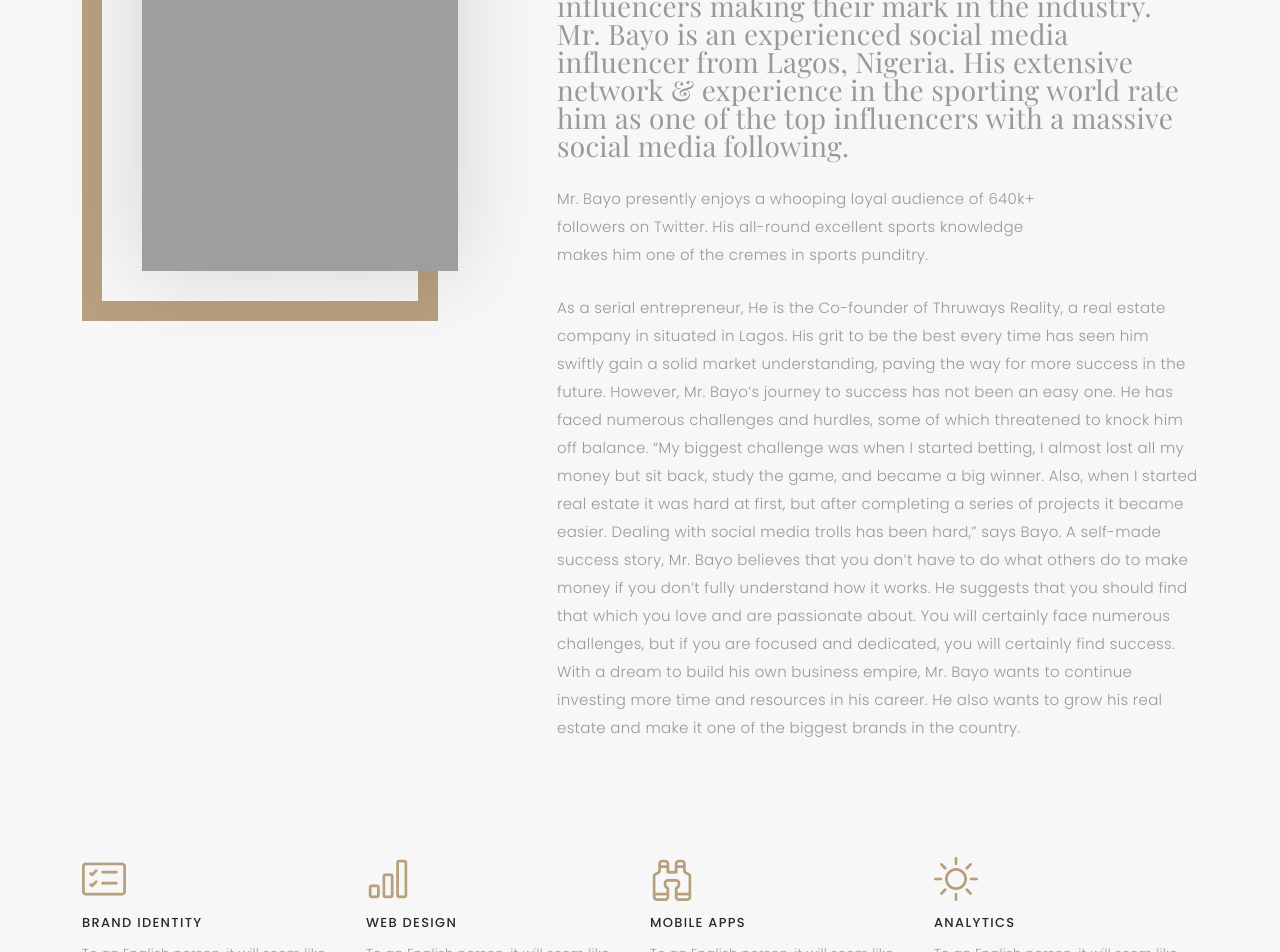
Repository: muhammedctgr/MrBayoA1
Page: index.html
The author's editor kept a copy of each file at every save. The page is drawn from the files as they stood at one save, then again after the next save.
The browser window is 1280 px wide. The pictures show the part of the page from y = 929 to 1881 px (the page is 4414 px tall).
Pictures or frames that could not be fetched are drawn as grey boxes. Some web fonts or font styles are not loaded; a fallback is used.

Above is the page before, as saved 2022-10-17 23:01:42.

### index.html
<!DOCTYPE html>
<html lang="en">

<head>
  <meta charset="utf-8">
  <meta content="width=device-width, initial-scale=1.0" name="viewport">

  <title>Mr Bayo A1</title>
  <meta content="" name="description">
  <meta content="" name="keywords">

  <link rel="apple-touch-icon" sizes="180x180" href="/apple-touch-icon.png">
  <link rel="icon" type="image/png" sizes="32x32" href="/favicon-32x32.png">
  <link rel="icon" type="image/png" sizes="16x16" href="/favicon-16x16.png">
  <link rel="manifest" href="/site.webmanifest">

  <link rel="preconnect" href="https://fonts.googleapis.com">
  <link rel="preconnect" href="https://fonts.gstatic.com" crossorigin>
  <link href="https://fonts.googleapis.com/css2?family=Racing+Sans+One&display=swap" rel="stylesheet">

  <!-- Favicons -->
  <link href="assets/img/favicon.png" rel="icon">
  <link href="assets/img/apple-touch-icon.png" rel="apple-touch-icon">

  <!-- Google Fonts -->
  <link href="https://fonts.googleapis.com/css?family=Poppins:300,300i,400,400i,500,500i,600,600i,700,700i|Playfair+Display:400,400i,500,500i,600,600i,700,700i,900,900i" rel="stylesheet">

  <!-- Vendor CSS Files -->
  <link href="assets/vendor/bootstrap/css/bootstrap.min.css" rel="stylesheet">
  <link href="assets/vendor/bootstrap-icons/bootstrap-icons.css" rel="stylesheet">
  <link href="assets/vendor/boxicons/css/boxicons.min.css" rel="stylesheet">
  <link href="assets/vendor/glightbox/css/glightbox.min.css" rel="stylesheet">
  <link href="assets/vendor/swiper/swiper-bundle.min.css" rel="stylesheet">

  <!-- Template Main CSS File -->
  <link href="assets/css/style.css" rel="stylesheet">

</head>

<body>

  <!-- ======= Header ======= -->
  <header id="header" class="fixed-top ">
    <div class="container d-flex align-items-center justify-content-between">

      <!--<a href="index.html" class="logo"><img src="assets/img/logo.png" alt="" class="img-fluid"></a>-->
      <!-- Uncomment below if you prefer to use an text logo -->
      <h1 class="" style="font-family: 'Racing Sans One', cursive; background-color: #b8a07e; opacity: 0.7;"><a href="index.html">Mr Bayo</a></h1>

      <nav id="navbar" class="navbar">
        <ul>
          <li><a class="nav-link scrollto active" href="#hero">Home</a></li>
          <li><a class="nav-link scrollto" href="#about">About</a></li>
          <!--<li><a class="nav-link  scrollto" href="#portfolio">Portfolio</a></li>-->
          <li><a class="nav-link  scrollto" href="#journal">Blog</a></li>
          <!--<li class="dropdown"><a href="#"><span>Drop Down</span> <i class="bi bi-chevron-down"></i></a>
            <ul>
              <li><a href="#">Drop Down 1</a></li>
              <li class="dropdown"><a href="#"><span>Deep Drop Down</span> <i class="bi bi-chevron-right"></i></a>
                <ul>
                  <li><a href="#">Deep Drop Down 1</a></li>
                  <li><a href="#">Deep Drop Down 2</a></li>
                  <li><a href="#">Deep Drop Down 3</a></li>
                  <li><a href="#">Deep Drop Down 4</a></li>
                  <li><a href="#">Deep Drop Down 5</a></li>
                </ul>
              </li>
              <li><a href="#">Drop Down 2</a></li>
              <li><a href="#">Drop Down 3</a></li>
              <li><a href="#">Drop Down 4</a></li>
            </ul>
          </li>-->
          <li><a class="nav-link scrollto" href="#contact">Contact</a></li>
        </ul>
        <i class="bi bi-list mobile-nav-toggle"></i>
      </nav><!-- .navbar -->

    </div>
  </header><!-- End Header -->

  <!-- ======= Hero Section ======= -->
  <div id="hero" class="home">

    <div class="container">
      <div class="hero-content">
        <h1><span class="typed" data-typed-items="Akinde Gbenga Bayo, Entrepreneur, Social Media Influencer, Serial Winner."></span></h1>
      </div>
    </div>
  </div><!-- End Hero -->

  <main id="main">

    <!-- ======= About Section ======= -->
    <div id="about" class="paddsection">
      <div class="container">
        <div class="row justify-content-between">

          <div class="col-lg-4 ">
            <div class="div-img-bg">
              <div class="about-img">
                <img src="https://i.postimg.cc/W4LmL6sG/2-1.jpg" class="img-responsive" alt="me">
              </div>
            </div>
          </div>

          <div class="col-lg-7">
            <div class="about-descr">

              <p class="p-heading">Akinde Gbenga Bayo, notably known as Mr. Bayo, is one of the successful entrepreneurs and influencers making their mark in the industry.
               Mr. Bayo is an experienced social media influencer from Lagos, Nigeria. His extensive network & experience in the sporting world rate him as one of the top
               influencers with a massive social media following.
              </p>
              <p class="separator">Mr. Bayo presently enjoys a whooping loyal audience of 640k+ followers on Twitter.
                His all-round excellent sports knowledge makes him one of the cremes in sports punditry.
              </p>
              <p>
                As a serial entrepreneur, He is the Co-founder of Thruways Reality, a real estate company in situated in Lagos. His grit to be the best every time has seen
                him swiftly gain a solid market understanding, paving the way for more success in the future.
                However, Mr. Bayo’s journey to success has not been an easy one. He has faced numerous challenges and hurdles, some of which threatened to knock him off balance.
                “My biggest challenge was when I started betting, I almost lost all my money but sit back, study the game, and became a big winner. Also, when I started real estate
                it was hard at first, but after completing a series of projects it became easier. Dealing with social media trolls has been hard,” says Bayo.
                A self-made success story, Mr. Bayo believes that you don’t have to do what others do to make money if you don’t fully understand how it works.
                He suggests that you should find that which you love and are passionate about. You will certainly face numerous challenges, but if you are focused and dedicated, you will certainly find success.
                With a dream to build his own business empire, Mr. Bayo wants to continue investing more time and resources in his career. He also wants to grow his real estate and make it one of the biggest brands in the country.
              </p>

            </div>

          </div>
        </div>
      </div>
    </div><!-- End About Section -->

    <!-- ======= Services Section ======= -->
    <div id="services">
      <div class="container">

        <div class="services-slider swiper" data-aos="fade-up" data-aos-delay="100">
          <div class="swiper-wrapper">

            <div class="swiper-slide">
              <div class="services-block">
                <i class="bi bi-briefcase"></i>
                <span>UI/UX DESIGN</span>
                <p class="separator">To an English person, it will seem like simplified English,told me what </p>
              </div>
            </div><!-- End testimonial item -->

            <div class="swiper-slide">
              <div class="services-block">
                <i class="bi bi-card-checklist"></i>
                <span>BRAND IDENTITY</span>
                <p class="separator">To an English person, it will seem like simplified English,told me what </p>
              </div>
            </div><!-- End testimonial item -->

            <div class="swiper-slide">
              <div class="services-block">
                <i class="bi bi-bar-chart"></i>
                <span>WEB DESIGN</span>
                <p class="separator">To an English person, it will seem like simplified English,told me what </p>
              </div>
            </div><!-- End testimonial item -->

            <div class="swiper-slide">
              <div class="services-block">
                <i class="bi bi-binoculars"></i>
                <span>MOBILE APPS</span>
                <p class="separator">To an English person, it will seem like simplified English,told me what </p>
              </div>
            </div><!-- End testimonial item -->

            <div class="swiper-slide">
              <div class="services-block">
                <i class="bi bi-brightness-high"></i>
                <span>Analytics</span>
                <p class="separator">To an English person, it will seem like simplified English,told me what </p>
              </div>
            </div><!-- End testimonial item -->

            <div class="swiper-slide">
              <div class="services-block">
                <i class="bi bi-calendar4-week"></i>
                <span>PHOTOGRAPHY</span>
                <p class="separator">To an English person, it will seem like simplified English,told me what </p>
              </div>
            </div><!-- End testimonial item -->

          </div>
          <div class="swiper-pagination"></div>
        </div>

      </div>

    </div><!-- End Services Section -->

    <!-- ======= Portfolio Section ======= -->
    <div id="portfolio" class="paddsection">

      <div class="container">
        <div class="section-title text-center">
          <h2>My Portfolio</h2>
        </div>
      </div>

      <div class="container">

        <div class="row">
          <div class="col-lg-12 d-flex justify-content-center">
            <ul id="portfolio-flters">
              <li data-filter="*" class="filter-active">All</li>
              <li data-filter=".filter-app">App</li>
              <li data-filter=".filter-card">Card</li>
              <li data-filter=".filter-web">Web</li>
            </ul>
          </div>
        </div>

        <div class="row portfolio-container">

          <div class="col-lg-4 col-md-6 portfolio-item filter-app">
            <img src="assets/img/portfolio/portfolio-1.jpg" class="img-fluid" alt="">
            <div class="portfolio-info">
              <h4>App 1</h4>
              <p>App</p>
              <a href="assets/img/portfolio/portfolio-1.jpg" data-gallery="portfolioGallery" class="portfolio-lightbox preview-link" title="App 1"><i class="bx bx-plus"></i></a>
              <a href="portfolio-details.html" class="details-link" title="More Details"><i class="bx bx-link"></i></a>
            </div>
          </div>

          <div class="col-lg-4 col-md-6 portfolio-item filter-web">
            <img src="assets/img/portfolio/portfolio-2.jpg" class="img-fluid" alt="">
            <div class="portfolio-info">
              <h4>Web 3</h4>
              <p>Web</p>
              <a href="assets/img/portfolio/portfolio-2.jpg" data-gallery="portfolioGallery" class="portfolio-lightbox preview-link" title="Web 3"><i class="bx bx-plus"></i></a>
              <a href="portfolio-details.html" class="details-link" title="More Details"><i class="bx bx-link"></i></a>
            </div>
          </div>

          <div class="col-lg-4 col-md-6 portfolio-item filter-app">
            <img src="assets/img/portfolio/portfolio-3.jpg" class="img-fluid" alt="">
            <div class="portfolio-info">
              <h4>App 2</h4>
              <p>App</p>
              <a href="assets/img/portfolio/portfolio-3.jpg" data-gallery="portfolioGallery" class="portfolio-lightbox preview-link" title="App 2"><i class="bx bx-plus"></i></a>
              <a href="portfolio-details.html" class="details-link" title="More Details"><i class="bx bx-link"></i></a>
            </div>
          </div>

          <div class="col-lg-4 col-md-6 portfolio-item filter-card">
            <img src="assets/img/portfolio/portfolio-4.jpg" class="img-fluid" alt="">
            <div class="portfolio-info">
              <h4>Card 2</h4>
              <p>Card</p>
              <a href="assets/img/portfolio/portfolio-4.jpg" data-gallery="portfolioGallery" class="portfolio-lightbox preview-link" title="Card 2"><i class="bx bx-plus"></i></a>
              <a href="portfolio-details.html" class="details-link" title="More Details"><i class="bx bx-link"></i></a>
            </div>
          </div>

          <div class="col-lg-4 col-md-6 portfolio-item filter-web">
            <img src="assets/img/portfolio/portfolio-5.jpg" class="img-fluid" alt="">
            <div class="portfolio-info">
              <h4>Web 2</h4>
              <p>Web</p>
              <a href="assets/img/portfolio/portfolio-5.jpg" data-gallery="portfolioGallery" class="portfolio-lightbox preview-link" title="Web 2"><i class="bx bx-plus"></i></a>
              <a href="portfolio-details.html" class="details-link" title="More Details"><i class="bx bx-link"></i></a>
            </div>
          </div>

          <div class="col-lg-4 col-md-6 portfolio-item filter-app">
            <img src="assets/img/portfolio/portfolio-6.jpg" class="img-fluid" alt="">
            <div class="portfolio-info">
              <h4>App 3</h4>
              <p>App</p>
              <a href="assets/img/portfolio/portfolio-6.jpg" data-gallery="portfolioGallery" class="portfolio-lightbox preview-link" title="App 3"><i class="bx bx-plus"></i></a>
              <a href="portfolio-details.html" class="details-link" title="More Details"><i class="bx bx-link"></i></a>
            </div>
          </div>

        </div>

      </div>

    </div><!-- End Portfolio Section -->

    <!-- ======= Journal Section ======= -->
    <div id="journal" class="text-left paddsection">

      <div class="container">
        <div class="section-title text-center">
          <h2>journal</h2>
        </div>
      </div>

      <div class="container">
        <div class="journal-block">
          <div class="row">

            <div class="col-lg-4 col-md-6">
              <div class="journal-info">

                <a href="blog-single.html"><img src="assets/img/blog-post-1.jpg" class="img-responsive" alt="img"></a>

                <div class="journal-txt">

                  <h4><a href="blog-single.html">SO LETS MAKE THE MOST IS BEAUTIFUL</a></h4>
                  <p class="separator">To an English person, it will seem like simplified English
                  </p>

                </div>

              </div>
            </div>

            <div class="col-lg-4 col-md-6">
              <div class="journal-info">

                <a href="blog-single.html"><img src="assets/img/blog-post-2.jpg" class="img-responsive" alt="img"></a>

                <div class="journal-txt">

                  <h4><a href="blog-single.html">WE'RE GONA MAKE DREAMS COMES</a></h4>
                  <p class="separator">To an English person, it will seem like simplified English
                  </p>

                </div>

              </div>
            </div>

            <div class="col-lg-4 col-md-6">
              <div class="journal-info">

                <a href="blog-single.html"><img src="assets/img/blog-post-3.jpg" class="img-responsive" alt="img"></a>

                <div class="journal-txt">

                  <h4><a href="blog-single.html">NEW LIFE CIVILIZATIONS TO BOLDLY</a></h4>
                  <p class="separator">To an English person, it will seem like simplified English
                  </p>

                </div>

              </div>
            </div>

          </div>
        </div>
      </div>

    </div><!-- End Journal Section -->

    <!-- ======= Contact Section ======= -->
    <div id="contact" class="paddsection">
      <div class="container">
        <div class="contact-block1">
          <div class="row">

            <div class="col-lg-6">
              <div class="contact-contact">

                <h2 class="mb-30">GET IN TOUCH</h2>

                <ul class="contact-details">
                  <li><span>23 Main, Street</span></li>
                  <li><span>New York, United States</span></li>
                  <li><span>+88 01912704287</span></li>
                  <li><span>example@example.com</span></li>
                </ul>

              </div>
            </div>

            <div class="col-lg-6">
              <form action="forms/contact.php" method="post" role="form" class="php-email-form">
                <div class="row gy-3">

                  <div class="col-lg-6">
                    <div class="form-group contact-block1">
                      <input type="text" name="name" class="form-control" id="name" placeholder="Your Name" required>
                    </div>
                  </div>

                  <div class="col-lg-6">
                    <div class="form-group">
                      <input type="email" class="form-control" name="email" id="email" placeholder="Your Email" required>
                    </div>
                  </div>

                  <div class="col-lg-12">
                    <div class="form-group">
                      <input type="text" class="form-control" name="subject" id="subject" placeholder="Subject" required>
                    </div>
                  </div>

                  <div class="col-lg-12">
                    <div class="form-group">
                      <textarea class="form-control" name="message" placeholder="Message" required></textarea>
                    </div>
                  </div>

                  <div class="col-lg-12">
                    <div class="loading">Loading</div>
                    <div class="error-message"></div>
                    <div class="sent-message">Your message has been sent. Thank you!</div>
                  </div>

                  <div class="mt-0">
                    <input type="submit" class="btn btn-defeault btn-send" value="Send message">
                  </div>

                </div>
              </form>
            </div>
          </div>
        </div>
      </div>
    </div><!-- End Contact Section -->

  </main><!-- End #main -->

  <!-- ======= Footer ======= -->
  <div id="footer" class="text-center">
    <div class="container">
      <div class="socials-media text-center">

        <ul class="list-unstyled">
          <li><a href="#"><i class="bi bi-facebook"></i></a></li>
          <li><a href="#"><i class="bi bi-twitter"></i></a></li>
          <li><a href="#"><i class="bi bi-instagram"></i></a></li>
          <li><a href="#"><i class="bi bi-linkedin"></i></a></li>
        </ul>

      </div>

      <p>&copy; Copyrights Folio. All rights reserved.</p>

      <div class="credits">
        <!--
        All the links in the footer should remain intact.
        You can delete the links only if you purchased the pro version.
        Licensing information: https://bootstrapmade.com/license/
        Purchase the pro version with working PHP/AJAX contact form: https://bootstrapmade.com/buy/?theme=Folio
      -->
        Designed by <a href="https://bootstrapmade.com/">BootstrapMade</a>
      </div>

    </div>
  </div><!-- End Footer -->

  <a href="#" class="back-to-top d-flex align-items-center justify-content-center"><i class="bi bi-arrow-up-short"></i></a>

  <!-- Vendor JS Files -->
  <script src="assets/vendor/bootstrap/js/bootstrap.bundle.min.js"></script>
  <script src="assets/vendor/glightbox/js/glightbox.min.js"></script>
  <script src="assets/vendor/isotope-layout/isotope.pkgd.min.js"></script>
  <script src="assets/vendor/swiper/swiper-bundle.min.js"></script>
  <script src="assets/vendor/typed.js/typed.min.js"></script>
  <script src="assets/vendor/php-email-form/validate.js"></script>

  <!-- Template Main JS File -->
  <script src="assets/js/main.js"></script>

</body>

</html>

Loaded but not shown: assets/vendor/bootstrap/css/bootstrap.min.css (library); assets/vendor/bootstrap-icons/bootstrap-icons.css (library); assets/vendor/boxicons/css/boxicons.min.css (library); assets/vendor/glightbox/css/glightbox.min.css (library); assets/vendor/swiper/swiper-bundle.min.css (library); assets/vendor/bootstrap/js/bootstrap.bundle.min.js (library); assets/vendor/glightbox/js/glightbox.min.js (library); assets/vendor/isotope-layout/isotope.pkgd.min.js (library); assets/vendor/swiper/swiper-bundle.min.js (library); assets/vendor/typed.js/typed.min.js (library); assets/vendor/php-email-form/validate.js (common file); assets/js/main.js (262 lines, source omitted); assets/css/style.css (1549 lines, source omitted)

After the next save:
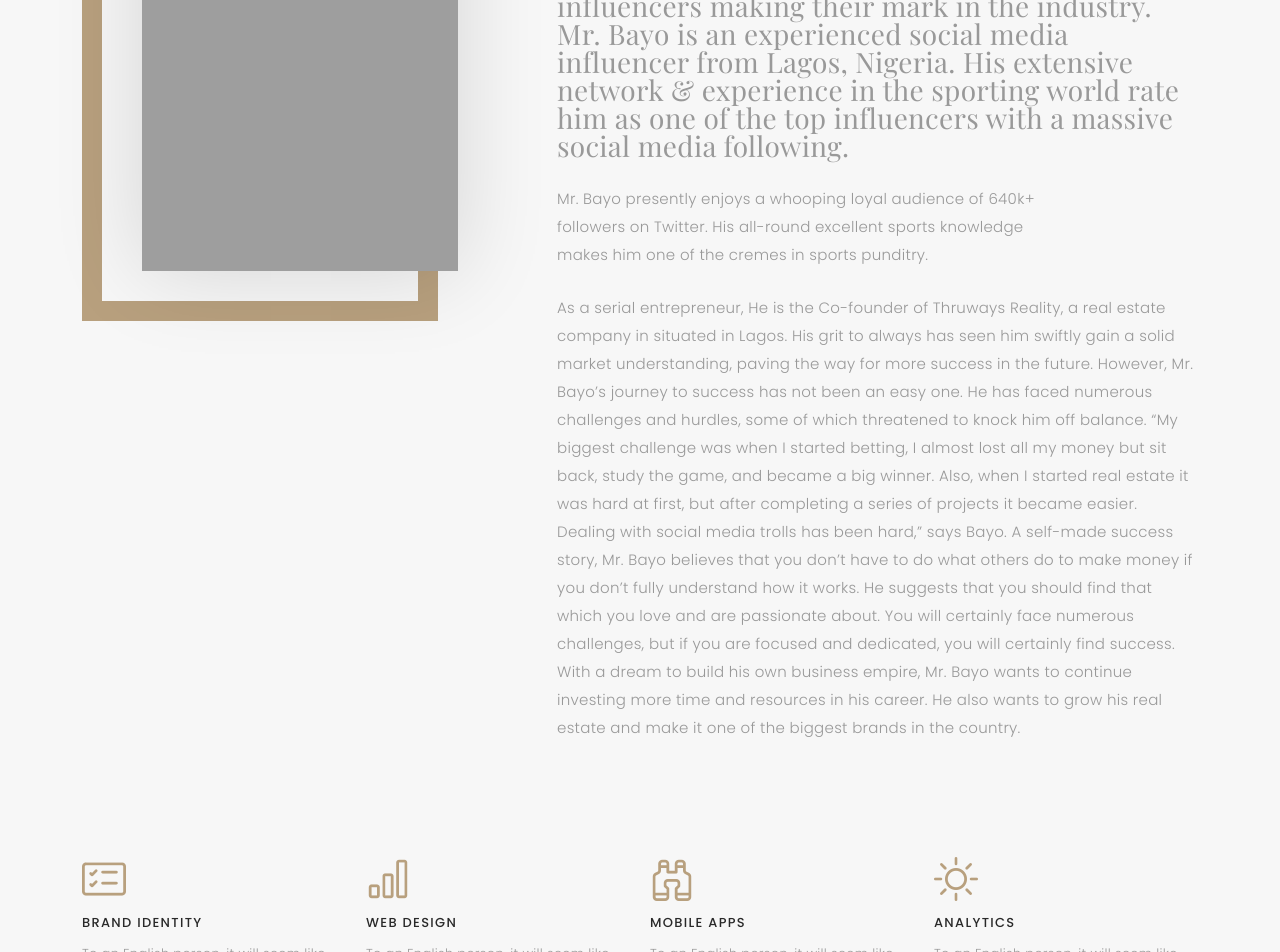
Saved 19 s later.
--- a/index.html
+++ b/index.html
@@ -114,7 +114,7 @@
                 His all-round excellent sports knowledge makes him one of the cremes in sports punditry.
               </p>
               <p>
-                As a serial entrepreneur, He is the Co-founder of Thruways Reality, a real estate company in situated in Lagos. His grit to be the best every time has seen
+                As a serial entrepreneur, He is the Co-founder of Thruways Reality, a real estate company in situated in Lagos. His grit to always  has seen
                 him swiftly gain a solid market understanding, paving the way for more success in the future.
                 However, Mr. Bayo’s journey to success has not been an easy one. He has faced numerous challenges and hurdles, some of which threatened to knock him off balance.
                 “My biggest challenge was when I started betting, I almost lost all my money but sit back, study the game, and became a big winner. Also, when I started real estate
